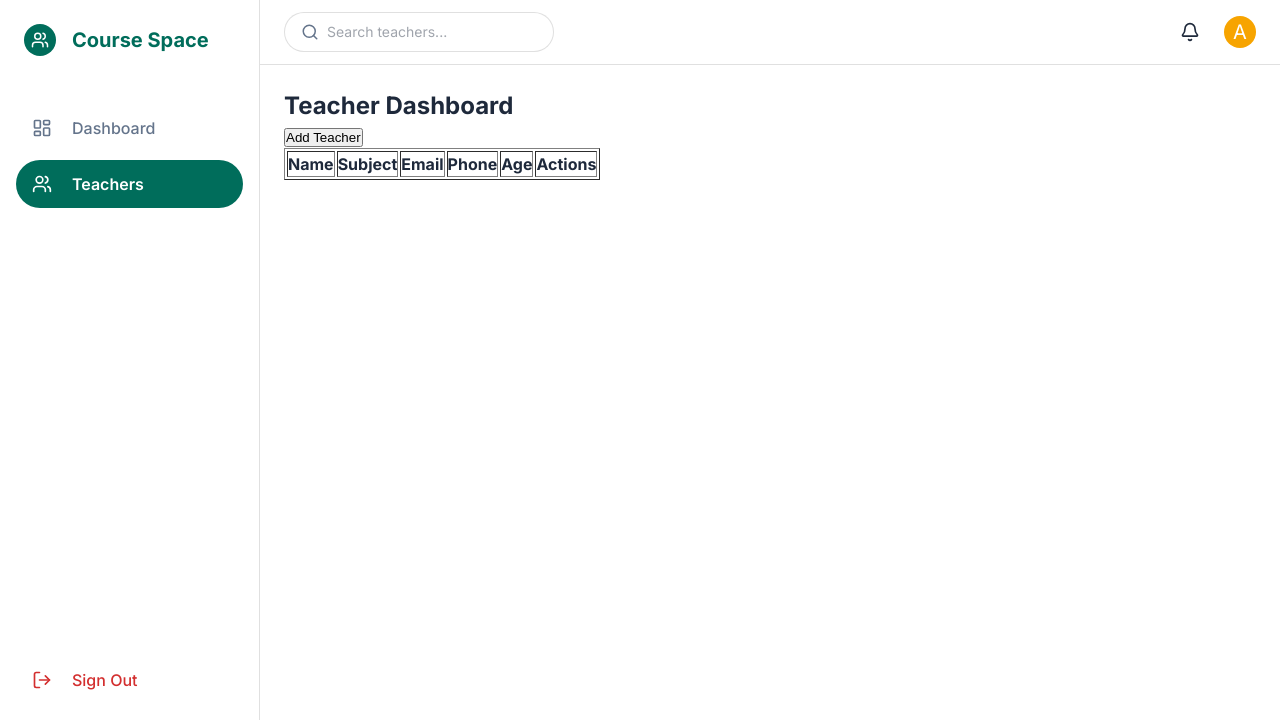
Repository: int-sonu/teacher_management_dashboard
Page: /teachers
These files come from the project's save history. The page is drawn as it stood at one moment and after the next save; the edit follows.
The browser window is 1280 px wide. The pictures show the whole page.
The page's requests for data from a server got no answer. The project was rebuilt for these pictures with package versions that can differ from the ones it lists, and the page was loaded fresh each time. No one was signed in, and anything a server would have sent is missing. Also part of the build but not shown: vite.config.ts, src/components/layout/PublicLayout.tsx, src/pages/DashboardHome.tsx, src/features/teachers/TeacherForm.tsx, src/features/teachers/TeacherDetail.tsx, src/pages/LandingPage.tsx, src/api/axiosClient.ts, src/api/authApi.ts and 3 more.

Above is the page before, as saved 2026-03-26 03:00:20.

### index.html
<!DOCTYPE html>
<html lang="en">
  <head>
    <meta charset="UTF-8" />
    <link rel="icon" type="image/svg+xml" href="/vite.svg" />
    <meta name="viewport" content="width=device-width, initial-scale=1.0" />
    <title>TeacherOS - Professional Dashboard</title>
    <link rel="preconnect" href="https://fonts.googleapis.com">
    <link rel="preconnect" href="https://fonts.gstatic.com" crossorigin>
    <link href="https://fonts.googleapis.com/css2?family=Inter:wght@300;400;500;600;700;800;900&display=swap" rel="stylesheet">
  </head>
  <body>
    <div id="root"></div>
    <script type="module" src="/src/main.tsx"></script>
  </body>
</html>

### src/main.tsx
import { StrictMode } from 'react'
import { createRoot } from 'react-dom/client'
import { Provider } from 'react-redux'
import { store } from './app/store'
import App from './App.tsx'
import './styles/global.css'
import './styles/glassmorphism.css'

createRoot(document.getElementById('root')!).render(
  <StrictMode>
    <Provider store={store}>
      <App />
    </Provider>
  </StrictMode>,
)

### src/app/store.ts
import { configureStore } from '@reduxjs/toolkit';
import teacherReducer from '../features/teachers/teacherSlice';
import toastReducer from '../features/toast/toastSlice';

export const store = configureStore({
  reducer: {
    teachers: teacherReducer,
    toast: toastReducer,
  },
});

export type RootState = ReturnType<typeof store.getState>;
export type AppDispatch = typeof store.dispatch;

### src/App.tsx
import { BrowserRouter as Router, Routes, Route, Navigate } from 'react-router-dom';
import { ThemeProvider } from '@mui/material/styles';
import CssBaseline from '@mui/material/CssBaseline';
import theme from './theme';
import DashboardLayout from './components/layout/DashboardLayout';
import PublicLayout from './components/layout/PublicLayout';
import DashboardHome from './pages/DashboardHome';
import TeachersPage from './pages/TeachersPage';
import LandingPage from './pages/LandingPage';
import { AboutPage, ContactPage, AuthPage } from './pages/StaticPages';
import Toast from './components/common/Toast';

const App = () => {
  return (
    <ThemeProvider theme={theme}>
      <CssBaseline />
      <Router>
        <Routes>
          {/* Public Routes */}
          <Route path="/" element={<PublicLayout><LandingPage /></PublicLayout>} />
          <Route path="/about" element={<PublicLayout><AboutPage /></PublicLayout>} />
          <Route path="/contact" element={<PublicLayout><ContactPage /></PublicLayout>} />
          <Route path="/login" element={<PublicLayout><AuthPage mode="login" /></PublicLayout>} />
          <Route path="/register" element={<PublicLayout><AuthPage mode="register" /></PublicLayout>} />

          {/* Dashboard Routes */}
          <Route path="/dashboard" element={<DashboardLayout><DashboardHome /></DashboardLayout>} />
          <Route path="/teachers" element={<DashboardLayout><TeachersPage /></DashboardLayout>} />

          {/* Catch all */}
          <Route path="*" element={<Navigate to="/" replace />} />
        </Routes>
        <Toast />
      </Router>
    </ThemeProvider>
  );
};

export default App;

### src/features/teachers/teacherSlice.ts
import { createSlice, createAsyncThunk } from "@reduxjs/toolkit";
import * as api from "../../api/teacherApi";

export interface Teacher {
  id: number;
  name: string;
  subject: string;
}

interface TeacherState {
  teachers: Teacher[];
  selectedTeacher: Teacher | null;
  loading: boolean;
  error: string | null;
}

const initialState: TeacherState = {
  teachers: [],
  selectedTeacher: null,
  loading: false,
  error: null,
};

// 🔥 THUNKS

export const fetchTeachers = createAsyncThunk(
  "teachers/fetchAll",
  async () => await api.getTeachers()
);

// 🔥 FIXED (THIS WAS MISSING)
export const fetchTeacherById = createAsyncThunk(
  "teachers/fetchById",
  async (id: number) => await api.getTeacherById(id)
);

export const addTeacher = createAsyncThunk(
  "teachers/add",
  async (data: Teacher) => await api.createTeacher(data)
);

export const updateTeacher = createAsyncThunk(
  "teachers/update",
  async ({ id, data }: { id: number; data: Teacher }) =>
    await api.updateTeacher(id, data)
);

export const deleteTeacher = createAsyncThunk(
  "teachers/delete",
  async (id: number) => await api.deleteTeacherApi(id)
);

// 🔥 SLICE
const teacherSlice = createSlice({
  name: "teachers",
  initialState,
  reducers: {},
  extraReducers: (builder) => {
    builder
      // FETCH ALL
      .addCase(fetchTeachers.pending, (state) => {
        state.loading = true;
      })
      .addCase(fetchTeachers.fulfilled, (state, action) => {
        state.loading = false;
        state.teachers = action.payload.data || action.payload;
      })
      .addCase(fetchTeachers.rejected, (state) => {
        state.loading = false;
        state.error = "Failed to fetch";
      })

      // 🔥 FETCH BY ID
      .addCase(fetchTeacherById.fulfilled, (state, action) => {
        state.selectedTeacher = action.payload;
      })

      // ADD
      .addCase(addTeacher.fulfilled, (state, action) => {
        state.teachers.push(action.payload);
      })

      // UPDATE
      .addCase(updateTeacher.fulfilled, (state, action) => {
        const index = state.teachers.findIndex(
          (t) => t.id === action.payload.id
        );
        if (index !== -1) {
          state.teachers[index] = action.payload;
        }
      })

      // DELETE
      .addCase(deleteTeacher.fulfilled, (state, action) => {
        state.teachers = state.teachers.filter(
          (t) => t.id !== action.payload
        );
      });
  },
});

export default teacherSlice.reducer;

### src/features/toast/toastSlice.ts
import { createSlice } from '@reduxjs/toolkit';
import type { PayloadAction } from '@reduxjs/toolkit';

export interface ToastMessage {
  id: string;
  type: 'success' | 'error' | 'info';
  message: string;
}

interface ToastState {
  messages: ToastMessage[];
}

const initialState: ToastState = {
  messages: [],
};

const toastSlice = createSlice({
  name: 'toast',
  initialState,
  reducers: {
    showToast: (state, action: PayloadAction<Omit<ToastMessage, 'id'>>) => {
      const id = Date.now().toString();
      state.messages.push({ ...action.payload, id });
    },
    hideToast: (state, action: PayloadAction<string>) => {
      state.messages = state.messages.filter((m) => m.id !== action.payload);
    },
  },
});

export const { showToast, hideToast } = toastSlice.actions;
export default toastSlice.reducer;

### src/theme.ts
import { createTheme } from '@mui/material/styles';

const theme = createTheme({
  palette: {
    primary: {
      main: '#006d5b', // The deep green from the design
      contrastText: '#ffffff',
    },
    secondary: {
      main: '#f7a400', // The yellow/orange accent
    },
    background: {
      default: '#ffffff',
      paper: '#ffffff',
    },
    text: {
      primary: '#1e293b',
      secondary: '#64748b',
    },
  },
  typography: {
    fontFamily: '"Inter", "Roboto", "Helvetica", "Arial", sans-serif',
    h1: {
      fontWeight: 900,
      letterSpacing: '-0.02em',
    },
    h2: {
      fontWeight: 800,
      letterSpacing: '-0.01em',
    },
    button: {
      textTransform: 'none',
      fontWeight: 700,
    },
  },
  shape: {
    borderRadius: 12,
  },
  components: {
    MuiButton: {
      styleOverrides: {
        root: {
          padding: '10px 24px',
          boxShadow: 'none',
          '&:hover': {
            boxShadow: 'none',
          },
        },
        containedPrimary: {
          backgroundColor: '#006d5b',
          '&:hover': {
            backgroundColor: '#005a4a',
          },
        },
      },
    },
    MuiAppBar: {
      styleOverrides: {
        root: {
          backgroundColor: '#ffffff',
          color: '#1e293b',
          boxShadow: 'none',
          borderBottom: '1px solid #f1f5f9',
        },
      },
    },
  },
});

export default theme;

### src/pages/TeachersPage.tsx
import React, { useState } from 'react';
import { useAppDispatch } from '../app/hooks';
import TeacherList from '../features/teachers/TeacherList';
import TeacherForm from '../features/teachers/TeacherForm';
import TeacherDetail from '../features/teachers/TeacherDetail';
import type { Teacher } from '../types/teacher';
import { fetchTeachers, fetchTeacherById } from '../features/teachers/teacherSlice';
import { showToast } from '../features/toast/toastSlice';
import { Dialog, DialogContent, DialogTitle, Box, IconButton } from '@mui/material';
import { X } from 'lucide-react';

const TeachersPage: React.FC = () => {
  const dispatch = useAppDispatch();
  const [isFormOpen, setIsFormOpen] = useState(false);
  const [isDetailOpen, setIsDetailOpen] = useState(false);
  const [editingTeacher, setEditingTeacher] = useState<Teacher | null>(null);
  const [viewingTeacher, setViewingTeacher] = useState<Teacher | null>(null);

  const handleEdit = (teacher: Teacher) => {
    setEditingTeacher(teacher);
    setIsFormOpen(true);
  };

  const handleView = async (teacher: Teacher) => {
    try {
      const resultAction = await dispatch(fetchTeacherById(teacher.id)).unwrap();
      setViewingTeacher(resultAction);
      setIsDetailOpen(true);
    } catch (e: any) {
      dispatch(showToast({ type: 'error', message: e.message || "Failed to load teacher details" }));
    }
  };

  const handleAdd = () => {
    setEditingTeacher(null);
    setIsFormOpen(true);
  };

  const handleFormSuccess = () => {
    setIsFormOpen(false);
    setEditingTeacher(null);
    dispatch(fetchTeachers());
  };

  return (
    <Box sx={{ maxWidth: '1200px', mx: 'auto' }}>
      <TeacherList
        onEdit={handleEdit}
        onView={handleView}
        onAdd={handleAdd}
      />

      <Dialog
        open={isFormOpen}
        onClose={() => setIsFormOpen(false)}
        maxWidth="md"
        fullWidth
        PaperProps={{ sx: { borderRadius: 3, p: 1 } }}
      >
        <DialogTitle sx={{ display: 'flex', justifyContent: 'space-between', alignItems: 'center', pb: 1 }}>
          <Box sx={{ fontWeight: 'bold', fontSize: '1.25rem' }}>
            {editingTeacher ? 'Update Academic Profile' : 'Register New Teacher'}
          </Box>
          <IconButton onClick={() => setIsFormOpen(false)} size="small">
            <X size={20} />
          </IconButton>
        </DialogTitle>
        <DialogContent dividers sx={{ borderTop: 0, borderBottom: 0 }}>
          <TeacherForm
            teacher={editingTeacher}
            onSuccess={handleFormSuccess}
            onCancel={() => setIsFormOpen(false)}
          />
        </DialogContent>
      </Dialog>

      <Dialog
        open={isDetailOpen}
        onClose={() => setIsDetailOpen(false)}
        maxWidth="sm"
        fullWidth
        PaperProps={{ sx: { borderRadius: 3, p: 1 } }}
      >
        <DialogTitle sx={{ display: 'flex', justifyContent: 'space-between', alignItems: 'center', pb: 1 }}>
          <Box sx={{ fontWeight: 'bold', fontSize: '1.25rem' }}>
            Teacher Profile
          </Box>
          <IconButton onClick={() => setIsDetailOpen(false)} size="small">
            <X size={20} />
          </IconButton>
        </DialogTitle>
        <DialogContent dividers sx={{ borderTop: 0, borderBottom: 0 }}>
          {viewingTeacher && <TeacherDetail teacher={viewingTeacher} />}
        </DialogContent>
      </Dialog>
    </Box>
  );
};

export default TeachersPage;

### src/components/common/Toast.tsx
import React, { useEffect } from 'react';
import { useAppDispatch, useAppSelector } from '../../app/hooks';
import { hideToast } from '../../features/toast/toastSlice';
import type { ToastMessage } from '../../features/toast/toastSlice';
import { motion, AnimatePresence } from 'framer-motion';
import { CheckCircle, XCircle, Info, X } from 'lucide-react';

const ToastContainer: React.FC = () => {
  const { messages } = useAppSelector((state) => state.toast);
  const dispatch = useAppDispatch();

  return (
    <div className="fixed bottom-8 right-8 z-[100] flex flex-col gap-3">
      <AnimatePresence>
        {messages.map((toast) => (
          <ToastItem key={toast.id} toast={toast} onHide={(id) => dispatch(hideToast(id))} />
        ))}
      </AnimatePresence>
    </div>
  );
};

const ToastItem = ({ toast, onHide }: { toast: ToastMessage, onHide: (id: string) => void }) => {
  useEffect(() => {
    const timer = setTimeout(() => onHide(toast.id), 5000);
    return () => clearTimeout(timer);
  }, [toast.id, onHide]);

  const icons = {
    success: <CheckCircle className="text-emerald-400" size={20} />,
    error: <XCircle className="text-red-400" size={20} />,
    info: <Info className="text-sky-400" size={20} />,
  };

  const bgColors = {
    success: 'bg-emerald-500/10 border-emerald-500/20',
    error: 'bg-red-500/10 border-red-500/20',
    info: 'bg-sky-500/10 border-sky-500/20',
  };

  return (
    <motion.div
      initial={{ opacity: 0, x: 50, scale: 0.9 }}
      animate={{ opacity: 1, x: 0, scale: 1 }}
      exit={{ opacity: 0, x: 20, scale: 0.9 }}
      className={`glass-panel p-4 flex items-center gap-3 min-w-[320px] max-w-md shadow-2xl border ${bgColors[toast.type]}`}
    >
      {icons[toast.type]}
      <p className="flex-1 text-sm font-medium text-slate-200">{toast.message}</p>
      <button onClick={() => onHide(toast.id)} className="text-slate-400 hover:text-white">
        <X size={16} />
      </button>
    </motion.div>
  );
};

export default ToastContainer;

### src/api/teacherApi.ts
import axios from "axios";

const API_URL = "/api";

// GET ALL
export const getTeachers = async () => {
  const res = await axios.get(`${API_URL}/Teachers`);
  return res.data;
};

// 🔥 GET BY ID (ADDED)
export const getTeacherById = async (id: number) => {
  const res = await axios.get(`${API_URL}/Teachers/${id}`);
  return res.data;
};

// ADD
export const createTeacher = async (data: any) => {
  const res = await axios.post(`${API_URL}/Teachers`, data);
  return res.data;
};

// UPDATE
export const updateTeacher = async (id: number, data: any) => {
  const res = await axios.put(`${API_URL}/Teachers/${id}`, data);
  return res.data;
};

// DELETE
export const deleteTeacherApi = async (id: number) => {
  await axios.delete(`${API_URL}/Teachers/${id}`);
  return id;
};

### src/app/hooks.ts
import { useDispatch, useSelector } from 'react-redux';
import type { TypedUseSelectorHook } from 'react-redux';
import type { RootState, AppDispatch } from './store';

// Use throughout your app instead of plain `useDispatch` and `useSelector`
export const useAppDispatch = () => useDispatch<AppDispatch>();
export const useAppSelector: TypedUseSelectorHook<RootState> = useSelector;

### src/features/teachers/TeacherList.tsx
import { useEffect, useState } from "react";
import { useAppDispatch, useAppSelector } from "../../app/hooks";
import {
  fetchTeachers,
  deleteTeacher,
} from "./teacherSlice";
import TeacherForm from "./TeacherForm";

const TeacherList = () => {
  const dispatch = useAppDispatch();
  const { teachers, loading } = useAppSelector((s) => s.teachers);

  const [showForm, setShowForm] = useState(false);
  const [editingTeacher, setEditingTeacher] = useState<any>(null);

  useEffect(() => {
    dispatch(fetchTeachers());
  }, [dispatch]);

  if (loading) return <p>Loading...</p>;

  return (
    <div>
      <h2>Teacher Dashboard</h2>

      {/* ADD BUTTON */}
      <button
        onClick={() => {
          setShowForm(true);
          setEditingTeacher(null);
        }}
      >
        Add Teacher
      </button>

      {/* FORM */}
      {(showForm || editingTeacher) && (
        <TeacherForm
          editData={editingTeacher}
          onClose={() => {
            setShowForm(false);
            setEditingTeacher(null);
          }}
        />
      )}

      <table border={1} cellPadding={10}>
        <thead>
          <tr>
            <th>Name</th>
            <th>Subject</th>
            <th>Email</th>     {/* 🔥 NEW */}
            <th>Phone</th>     {/* 🔥 NEW */}
            <th>Age</th>       {/* 🔥 NEW */}
            <th>Actions</th>
          </tr>
        </thead>

        <tbody>
          {teachers.map((t) => (
            <tr key={t.id}>
              <td>{t.name}</td>
              <td>{t.subject}</td>
              <td>{t.email}</td>     {/* 🔥 NEW */}
              <td>{t.phone}</td>     {/* 🔥 NEW */}
              <td>{t.age}</td>       {/* 🔥 NEW */}

              <td>
                <button
                  onClick={() => {
                    setEditingTeacher(t);
                    setShowForm(true);
                  }}
                >
                  Edit
                </button>

                <button onClick={() => dispatch(deleteTeacher(t.id))}>
                  Delete
                </button>
              </td>
            </tr>
          ))}
        </tbody>
      </table>
    </div>
  );
};

export default TeacherList;

Loaded but not shown: src/styles/global.css (193 lines, source omitted); src/components/layout/DashboardLayout.tsx (190 lines, source omitted)

After the next save:
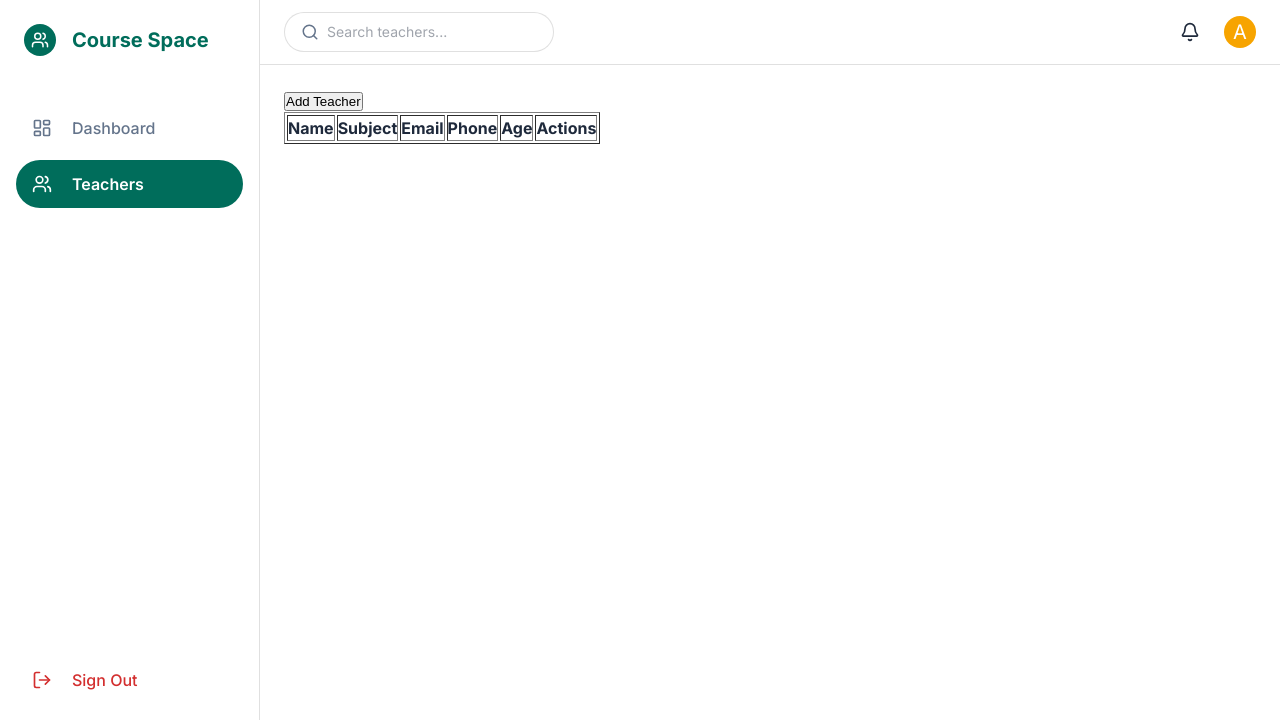
Saved 12 s later.
--- a/src/features/teachers/TeacherList.tsx
+++ b/src/features/teachers/TeacherList.tsx
@@ -1,29 +1,21 @@
 import { useEffect, useState } from "react";
 import { useAppDispatch, useAppSelector } from "../../app/hooks";
-import {
-  fetchTeachers,
-  deleteTeacher,
-} from "./teacherSlice";
+import { fetchTeachers, deleteTeacher } from "./teacherSlice";
 import TeacherForm from "./TeacherForm";
 
 const TeacherList = () => {
   const dispatch = useAppDispatch();
-  const { teachers, loading } = useAppSelector((s) => s.teachers);
+  const { teachers } = useAppSelector((s) => s.teachers);
 
   const [showForm, setShowForm] = useState(false);
   const [editingTeacher, setEditingTeacher] = useState<any>(null);
 
   useEffect(() => {
     dispatch(fetchTeachers());
-  }, [dispatch]);
-
-  if (loading) return <p>Loading...</p>;
+  }, []);
 
   return (
     <div>
-      <h2>Teacher Dashboard</h2>
-
-      {/* ADD BUTTON */}
       <button
         onClick={() => {
           setShowForm(true);
@@ -33,7 +25,6 @@ const TeacherList = () => {
         Add Teacher
       </button>
 
-      {/* FORM */}
       {(showForm || editingTeacher) && (
         <TeacherForm
           editData={editingTeacher}
@@ -44,14 +35,14 @@ const TeacherList = () => {
         />
       )}
 
-      <table border={1} cellPadding={10}>
+      <table border={1}>
         <thead>
           <tr>
             <th>Name</th>
             <th>Subject</th>
-            <th>Email</th>     {/* 🔥 NEW */}
-            <th>Phone</th>     {/* 🔥 NEW */}
-            <th>Age</th>       {/* 🔥 NEW */}
+            <th>Email</th>
+            <th>Phone</th>
+            <th>Age</th>
             <th>Actions</th>
           </tr>
         </thead>
@@ -61,21 +52,13 @@ const TeacherList = () => {
             <tr key={t.id}>
               <td>{t.name}</td>
               <td>{t.subject}</td>
-              <td>{t.email}</td>     {/* 🔥 NEW */}
-              <td>{t.phone}</td>     {/* 🔥 NEW */}
-              <td>{t.age}</td>       {/* 🔥 NEW */}
+              <td>{t.email}</td>
+              <td>{t.phone}</td>
+              <td>{t.age}</td>
 
               <td>
-                <button
-                  onClick={() => {
-                    setEditingTeacher(t);
-                    setShowForm(true);
-                  }}
-                >
-                  Edit
-                </button>
-
-                <button onClick={() => dispatch(deleteTeacher(t.id))}>
+                <button onClick={() => setEditingTeacher(t)}>Edit</button>
+                <button onClick={() => dispatch(deleteTeacher(t.id!))}>
                   Delete
                 </button>
               </td>
